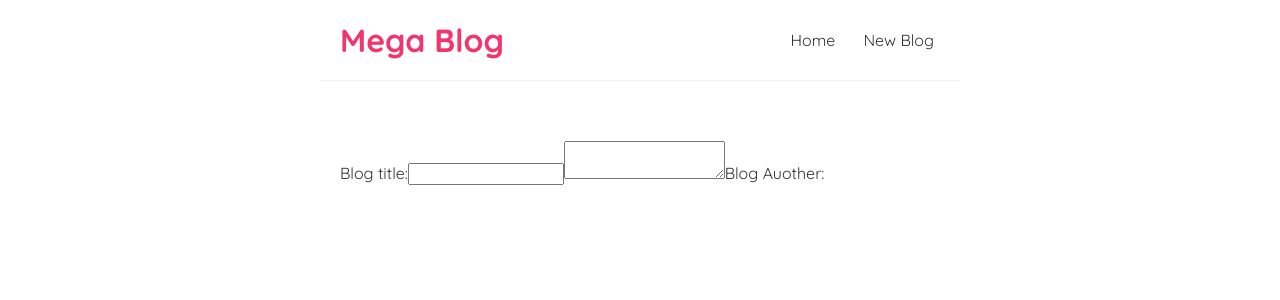
Repository: Amr-Hendawy/blog
Page: /create
An editor plug-in stored every save of this project. The page is shown before and after the next save, followed by the edit.
The browser window is 1280 px wide. The pictures show the whole page.
The project was rebuilt for these pictures with package versions that can differ from the ones it lists, and the page was loaded fresh each time. A package was used in the major version that the imports need, not the one package.json lists. Also part of the build but not shown: src/Components/BlogList/BlogList.js, src/Components/Home/Home.css, src/Components/useFetch/useFetch.js, src/Components/Home/Home.js, src/Components/BlogDetails/BlogDetails.js.

Above is the page before, as saved 2022-11-09 19:42:10.

After the next save:
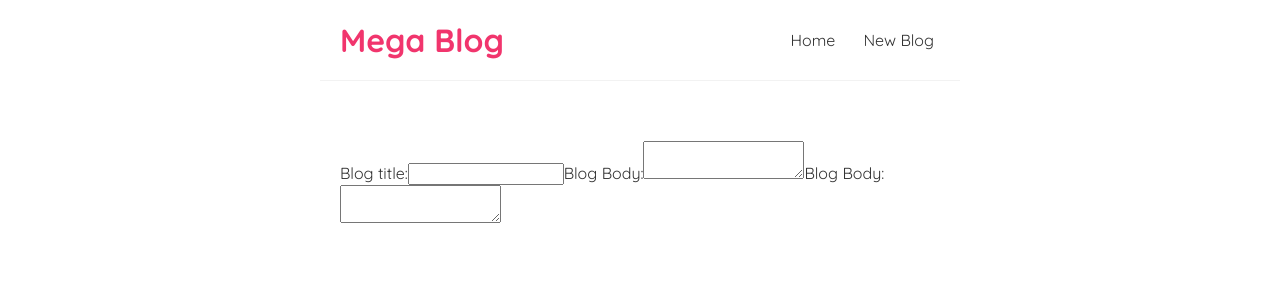
Saved 11 s later.
--- a/src/Components/Create/Create.js
+++ b/src/Components/Create/Create.js
@@ -5,9 +5,11 @@ const Create = () => {
         <label>Blog title:</label>
         <input type="text" required />
         {""}
+        <label>Blog Body:</label>
         <textarea type="text" required></textarea>
-        <label>Blog Auother:</label>
         {""}
+        <label>Blog Body:</label>
+        <textarea type="text" required></textarea>
       </form>
     </div>
   );
